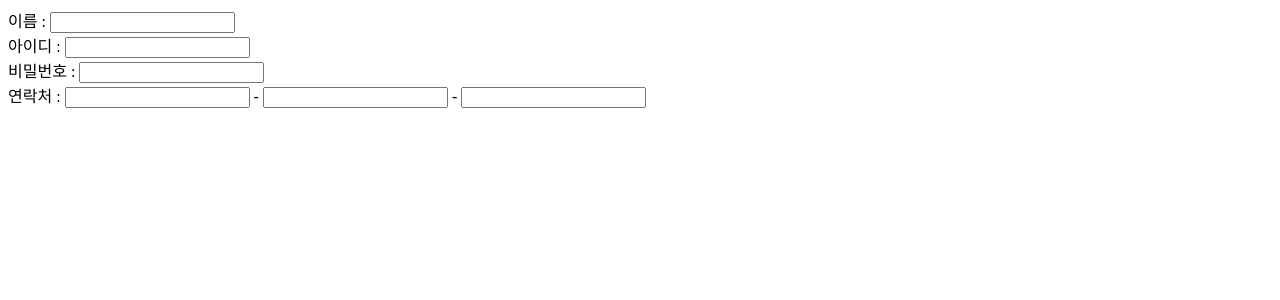
Repository: tjdwlsaos22/TJ_JSP
Page: jsp/HTML/src/main/webapp/Lec06.html
The author's editor kept a copy of each file at every save. The page is drawn from the files as they stood at one save, then again after the next save.
The browser window is 1280 px wide. The pictures show the whole page.

Above is the page before, as saved 2024-01-17 04:49:47.

### jsp/HTML/src/main/webapp/Lec06.html
<!DOCTYPE html>
<html>
	<head>
		<meta charset="UTF-8">
		<title>Insert title here</title>
	</head>
	<body>
		<form action="#" method="get">
			이름	: <input type="text" name="userName"> <br>
			아이디 : <input type="text" name="userId"> <br>
			비밀번호 : <input type="password" name="userPassword"> <br>
			연락처 :
				<input type="text" name="phone1"> -
				<input type="text" name="phone2"> -
				<input type="text" name="phone3"> <br>
		</form>
	</body>
</html>

After the next save:
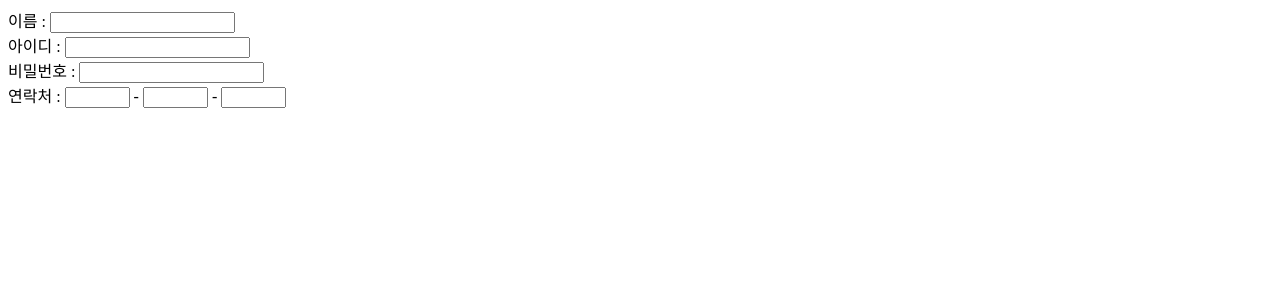
Saved 63 s later.
--- a/jsp/HTML/src/main/webapp/Lec06.html
+++ b/jsp/HTML/src/main/webapp/Lec06.html
@@ -10,9 +10,9 @@
 			아이디 : <input type="text" name="userId"> <br>
 			비밀번호 : <input type="password" name="userPassword"> <br>
 			연락처 :
-				<input type="text" name="phone1"> -
-				<input type="text" name="phone2"> -
-				<input type="text" name="phone3"> <br>
+				<input type="text" name="phone1" size="5"> -
+				<input type="text" name="phone2" size="5"> -
+				<input type="text" name="phone3" size="5"> <br>
 		</form>
 	</body>
 </html>
